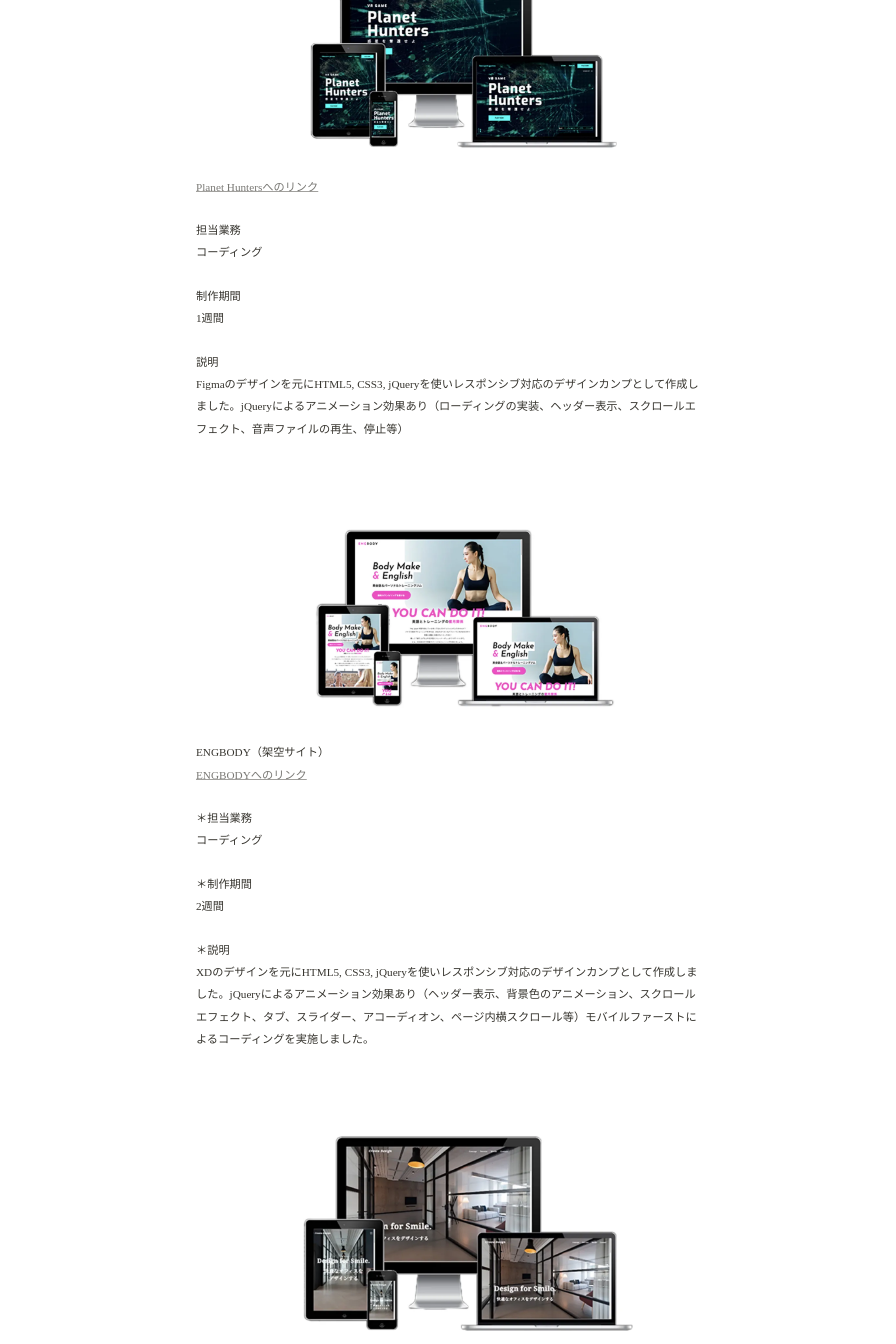
Repository: tetishi/my-portfolio
Page: index.html
These files come from the project's save history. The page is drawn as it stood at one moment and after a run of saves; the edit follows.
The browser window is 1280 px wide. The pictures show the part of the page from y = 3963 to 5883 px (the page is 11501 px tall before and 11517 px after), at 70% of full size.
The style sheet was rebuilt from its Sass, Less or Tailwind sources for each picture, by a compiler version that may differ from the author's.

Above is the page before, as saved 2024-05-19 15:49:46.

### index.html
<!DOCTYPE html>
<html lang="ja">

<head>
    <meta name="robots" content="noindex">
    <meta charset="UTF-8">
    <meta name="viewport" content="width=device-width, initial-scale=1.0">
    <meta http-equiv="X-UA-Compatible" content="ie=edge">
    <meta property="og:title" content="石田哲朗のポートフォリオ" />
    <meta property="og:type" content="website" />
    <meta property="og:url" content="http://tetsuroishida.com/" />
    <meta property="og:image" content="#" />
    <meta property="og:site_name" content="ポートフォリオ" />
    <meta property="og:description" content="石田哲朗のポートフォリオです。過去の作品、スキル、使用ツール、自己紹介を掲載しております。" />
    <title>石田哲朗のポートフォリオ</title>
    <link rel="stylesheet" href="reset.css">
    <link rel="stylesheet" href="style.css">
    <link rel="icon" href="img/favicon.ico">
</head>

<body>
    <header class="header">
        <div class="header-inner">
            <h1 class="logo">
                <a href="/">
                    <img class="logo_img" src="img/favicon.png" alt="">
                </a>
            </h1>
            <nav class="header-nav">
                <ul class="header-ul">
                    <li class="header-li">
                        <a href="#">過去の作品</a>
                    </li>
                    <li class="header-li">
                        <a href="#">スキル</a>
                    </li>
                    <li class="header-li">
                        <a href="#">使用ツール</a>
                    </li>
                    <li class="header-li">
                        <a href="#">私について</a>
                    </li>
                </ul>
            </nav>
            <button class="mobile-menu_btn">
                <span></span>
                <span></span>
                <span></span>
            </button>
            <div class="mobile-header">
                <nav class="mobile-header_nav">
                    <ul class="mobile-header_ul">
                        <li class="mobile-header_li">
                            <a href="#">過去の作品</a>
                        </li>
                        <li class="mobile-header_li">
                            <a href="#">スキル</a>
                        </li>
                        <li class="mobile-header_li">
                            <a href="#">使用ツール</a>
                        </li>
                        <li class="mobile-header_li">
                            <a href="#">私について</a>
                        </li>
                    </ul>
                </nav>
            </div>
        </div>
    </header>

    <main>

        <section>
            <!-- ここ記入 -->
            <h1>ポートフォリオ<br class="d-none">（石田 哲朗）</h1>
            <p>お忙しい中 ご覧頂きありがとうございます。</p>
            <p>以下、過去の作品でございます。</p>
            <!-- ここ記入 -->
            <!-- <p>ベーシック認証がかかっているものは<br>ID aaa<br>パスワード aaa<br> です。</p> -->
        </section>
        <section>

            <h2>過去の作品</h2>
            <h3 class="sub-tit">LP作成</h3>

            <!-- １作品目 -->
            <div class="work">
                <!-- ここ記入 -->
                <h3 class="work_tit">UNIVERSAL HOLDINGS様／山中湖オリオン</h3>

                <!-- サイトのイメージ写真を入れます -->
                <a class="work_img-link" target="_blank" href="https://orion.universalholdings.jp/">
                    <picture>
                        <source srcset="img/universal-holdings@2x.webp" type="image/webp">
                        <img src="img/universal-holdings@2x.png">
                    </picture>
                </a>
                <p>
                    UNIVERSAL HOLDINGS様の貸別荘ビジネス「山中湖オリオン」についてのLP（ランディングページ）を制作致しました。<br>
                    「山中湖オリオン」は優れた強固な構造が特徴で、長期の運用が可能なフィンランドログを使用した貸別荘です。<br>
                </p>
                <h3 class="details">サイトへのリンク</h3>
                <!-- ここ記入 -->
                <p class="work_link"><a target="_blank" rel="noopener noreferrer" href="https://orion.universalholdings.jp/">UNIVERSAL HOLDINGS様／山中湖オリオンのLPへのリンク</a></p>
                <p class="work_link"><a target="_blank" rel="noopener noreferrer" href="https://orion-salon.universalholdings.jp/">UNIVERSAL HOLDINGS様／山中湖オリオン ABテスト用LPへのリンク</a></p>

                <h3 class="details">担当業務</h3>
                <p>コーディング / WordPress</p>
                <h3 class="details">サイトの目的</h3>
                <p>共同事業パートナーの募集 / 事業の認知</p>
                <h3 class="details">制作期間</h3>
                <!-- ここ記入 -->
                <p>約5日（コーディング / WordPress）</p>
                <h3 class="details">説明</h3>
                <!-- ここ記入 -->
                <p>
                    UNIVERSAL HOLDINGS様の貸別荘ビジネス「山中湖オリオン」についてのLP（ランディングページ）を制作致しました。<br>
                    「山中湖オリオン」は優れた強固な構造が特徴で、長期の運用が可能なフィンランドログを使用した貸別荘です。<br>
                    デザインパートナーにてデザインを作成、Photoshopのデザインを元にHTML5, CSS3, JavaScript(jQuery)を使用しLPをコーディング、WordPress化致しました。<br>
                    ・ユーザーにとってクリックしやすくなるように、ボタンは光るようにコーディングしております。<br>
                    ・ABテスト用に一部異なるデザインのLPも制作致しました。
                </p>
            </div>


            <!-- 2作品目 -->
            <div class="work">
                <!-- ここ記入 -->
                <h3 class="work_tit">合同会社シュアーズ様／AIオートメーションシステムのLP</h3>

                <!-- サイトのイメージ写真を入れます -->
                <a class="work_img-link" target="_blank" href="https://sedori-go.com/automation-b/">
                    <picture>
                        <source srcset="img/automation-b@2x.webp" type="image/webp">
                        <img src="img/automation-b@2x.png">
                    </picture>
                </a>
                <!-- ここ記入 -->
                <p>
                    合同会社シュアーズ様のAIオートメーションシステムについてのLP（ランディングページ）を制作致しました。<br>
                    平凡なサラリーマンがネット販売で独立を叶え、起業初年度に「1億円」を叶えた特効薬（秘密）を初公開しております。
                </p>

                <h3 class="details">サイトへのリンク</h3>
                <p class="work_link"><a target="_blank" rel="noopener noreferrer" href="https://sedori-go.com/automation-b/">AIオートメーションシステムのLPへのリンク</a></p>

                <h3 class="details">担当業務</h3>
                <p>コーディング / ディレクション</p>

                <h3 class="details">サイトの目的</h3>
                <p>サービスの認知 / 新規クライアントの獲得</p>

                <h3 class="details">制作期間</h3>
                <!-- ここ記入 -->
                <p>5日（コーディング / ディレクション）</p>

                <h3 class="details">説明</h3>
                <!-- ここ記入 -->
                <p>デザインパートナーにてデザインを作成、Figmaのデザインを元にHTML5、CSS3、JavaScript（jQuery）を使いレスポンシブ対応のLPを制作致しました。<br>
                    ・MyASPを使用し、メール配信機能を実装しました。<br>
                    ・お客様とデザイナーの間に立ち、お客様のご要望が上手くデザイナーに伝わるように、ディレクション業務も行いました。
                </p>
            </div>

            <!-- 3作品目 -->
            <div class="work">
                <h3 class="work_tit">合同会社シュアーズ様／AIオートメーションのLP</h3>

                <!-- サイトのイメージ写真を入れます -->
                <a class="work_img-link" target="_blank" href="https://sedori-go.com/automationlp/">
                    <picture>
                        <source srcset="img/automation-a@2x.webp" type="image/webp">
                        <img src="img/automation-a@2x.png">
                    </picture>
                </a>
                <!-- ここ記入 -->
                <p>
                    合同会社シュアーズ様のAIオートメーションシステムについてのLP（ランディングページ）を制作致しました。<br>
                    自分でリサーチしない、勝手に利益商品をみつけてくれるAIオートメーションシステムです。
                </p>

                <h3 class="details">サイトへのリンク</h3>
                <p class="work_link"><a target="_blank" rel="noopener noreferrer" href="https://sedori-go.com/automationlp/">AIオートメーションのLPへのリンク</a></p>

                <h3 class="details">担当業務</h3>
                <p>コーディング / ディレクション</p>

                <h3 class="details">制作期間</h3>
                <!-- ここ記入 -->
                <!-- <p>11日（6日デザイン、5日コーディング）</p> -->
                <p>5日（コーディング / ディレクション）</p>

                <h3 class="details">説明</h3>
                <!-- ここ記入 -->
                <p>デザインパートナーにてデザインを作成、Figmaのデザインを元にHTML5、CSS3、JavaScript（jQuery）を使いレスポンシブ対応のLPを制作致しました。<br>
                    ・MyASPを使用し、メール配信機能を実装しました。<br>
                    ・お客様とデザイナーの間に立ち、お客様のご要望が上手くデザイナーに伝わるように、ディレクション業務も行いました。
                </p>
            </div>

            <!-- 4作品目 -->
            <div class="work">
                <!-- ここ記入 -->
                <h3 class="work_tit">Planet Hunters（架空サイト）</h3>

                <!-- サイトのイメージ写真を入れます -->
                <a class="work_img-link" target="_blank" href="https://tetishi.github.io/planet-hunters/">
                    <picture>
                        <source srcset="img/planet-hunters@2x.webp" type="image/webp">
                        <img src="img/planet-hunters@2x.png">
                    </picture>
                </a>
                <!-- ここ記入 -->
                <p class="work_link"><a target="_blank" rel="noopener noreferrer" href="https://tetishi.github.io/planet-hunters/">Planet Huntersへのリンク</a></p>
                <p class="details">担当業務</p>
                <p>コーディング</p>
                <p class="details">制作期間</p>
                <!-- ここ記入 -->
                <p>1週間</p>
                <p class="details">説明</p>
                <!-- ここ記入 -->
                <p>Figmaのデザインを元にHTML5, CSS3, jQueryを使いレスポンシブ対応のデザインカンプとして作成しました。jQueryによるアニメーション効果あり（ローディングの実装、ヘッダー表示、スクロールエフェクト、音声ファイルの再生、停止等）</p>
            </div>

            <!-- 5作品目 -->
            <div class="work">
                <!-- サイトのイメージ写真を入れます -->
                <picture>
                    <source srcset="img/engbody@2x.webp" type="image/webp">
                    <img src="img/engbody@2x.png">
                </picture>
                <!-- ここ記入 -->
                <p class="work_tit">ENGBODY（架空サイト）</p>
                <!-- ここ記入 -->
                <p class="work_link"><a target="_blank" rel="noopener noreferrer" href="https://tetishi.github.io/engbody/">ENGBODYへのリンク</a></p>
                <p class="details">＊担当業務</p>
                <p>コーディング</p>
                <p class="details">＊制作期間</p>
                <!-- ここ記入 -->
                <p>2週間</p>
                <p class="details">＊説明</p>
                <!-- ここ記入 -->
                <p>XDのデザインを元にHTML5, CSS3, jQueryを使いレスポンシブ対応のデザインカンプとして作成しました。jQueryによるアニメーション効果あり（ヘッダー表示、背景色のアニメーション、スクロールエフェクト、タブ、スライダー、アコーディオン、ページ内横スクロール等）モバイルファーストによるコーディングを実施しました。</p>
            </div>

            <!-- 　6作品目 -->
            <div class="work">
                <!-- サイトのイメージ写真を入れます -->
                <picture>
                    <source srcset="img/cresta-design@2x.webp" type="image/webp">
                    <img src="img/cresta-design@2x.png">
                </picture>
                <!-- ここ記入 -->
                <p class="work_tit">Cresta Design（架空サイト）</p>
                <!-- ここ記入 -->
                <p class="work_link"><a target="_blank" rel="noopener noreferrer" href="https://tetishi.github.io/cresta-design/">Cresta Designへのリンク</a></p>
                <p class="details">＊担当業務</p>
                <p>コーディング</p>
                <p class="details">＊制作期間</p>
                <!-- ここ記入 -->
                <p>2週間</p>
                <p class="details">＊説明</p>
                <!-- ここ記入 -->
                <p>XDのデザインを元にHTML5, CSS3, jQueryを使いレスポンシブ対応のデザインカンプとして作成しました。jQueryによるアニメーション効果あり（ハンバーガーメニュー、ページ内スクロールボタン）</p>
            </div>

            <!-- 　7作品目 -->
            <div class="work">
                <!-- サイトのイメージ写真を入れます -->
                <picture>
                    <source srcset="img/wdc@2x.webp" type="image/webp">
                    <img src="img/wdc@2x.png">
                </picture>
                <!-- ここ記入 -->
                <p class="work_tit">WDC（架空サイト）</p>
                <!-- ここ記入 -->
                <p class="work_link"><a target="_blank" rel="noopener noreferrer" href="https://tetishi.github.io/wdc/">WDCへのリンク</a></p>
                <p class="details">＊担当業務</p>
                <p>コーディング</p>
                <p class="details">＊制作期間</p>
                <!-- ここ記入 -->
                <p>2週間</p>
                <p class="details">＊説明</p>
                <!-- ここ記入 -->
                <p>XDのデザインを元にHTML5, CSS3, jQueryを使いレスポンシブ対応のデザインカンプとして作成しました。jQueryによるアニメーション効果あり（ページ内スクロールボタン、トップに戻るボタン）</p>
            </div>

            <!-- 　8作品目 -->
            <div class="work">
                <!-- サイトのイメージ写真を入れます -->
                <picture>
                    <source srcset="img/munchkin@2x.webp" type="image/webp">
                    <img src="img/munchkin@2x.png">
                </picture>
                <!-- ここ記入 -->
                <p class="work_tit">MUNCHKIN（架空サイト）</p>
                <!-- ここ記入 -->
                <p class="work_link"><a target="_blank" rel="noopener noreferrer" href="https://tetishi.github.io/munchkin2/">MUNCHKINへのリンク</a></p>
                <p class="details">＊担当業務</p>
                <p>コーディング</p>
                <p class="details">＊制作期間</p>
                <!-- ここ記入 -->
                <p>1週間</p>
                <p class="details">＊説明</p>
                <!-- ここ記入 -->
                <p>XDのデザインを元にHTML5, CSS3, jQueryを使いレスポンシブ対応のデザインカンプとして作成しました。jQueryによるアニメーション効果あり（ハンバーガーメニュー、スクロールボタン）</p>
            </div>


            <h3 class="sub-tit">コーポレイトサイト作成</h3>
            <!-- 　1作品目 -->
            <div class="work">
                <!-- サイトのイメージ写真を入れます -->
                <picture>
                    <source srcset="img/pon-design@2x.webp" type="image/webp">
                    <img src="img/pon-design@2x.png">
                </picture>
                <!-- ここ記入 -->
                <p class="work_tit">PON DESIGN（架空サイト）</p>
                <!-- ここ記入 -->
                <p class="work_link"><a target="_blank" rel="noopener noreferrer" href="https://tetishi.github.io/pon-design/">PON DESIGNへのリンク</a></p>
                <p class="details">＊担当業務</p>
                <p>コーディング</p>
                <p class="details">＊制作期間</p>
                <!-- ここ記入 -->
                <p>約18日</p>
                <p class="details">＊説明</p>
                <!-- ここ記入 -->
                <p>XDのデザインを元にHTML5, CSS3, jQueryを使いレスポンシブ対応のデザインカンプとして作成しました。jQueryによるアニメーション効果あり（ハンバーガーメニュー、スライダー等）</p>
            </div>


            <!-- 　2作品目 -->
            <div class="work">
                <!-- サイトのイメージ写真を入れます -->
                <picture>
                    <source srcset="img/start@2x.webp" type="image/webp">
                    <img src="img/start@2x.png">
                </picture>
                <!-- ここ記入 -->
                <p class="work_tit">START（架空サイト）</p>
                <!-- ここ記入 -->
                <p class="work_link"><a target="_blank" rel="noopener noreferrer" href="https://tetishi.github.io/">STARTへのリンク</a></p>
                <p class="details">＊担当業務</p>
                <p>コーディング</p>
                <p class="details">＊制作期間</p>
                <!-- ここ記入 -->
                <p>1週間</p>
                <p class="details">＊説明</p>
                <!-- ここ記入 -->
                <p>XDのデザインを元にHTML5, CSS3, jQueryを使いレスポンシブ対応のデザインカンプとして作成しました。jQueryによるアニメーション効果あり（ハンバーガーメニュー）</p>
            </div>

            <!-- <div class="work"> -->
                <!-- サイトのイメージ写真を入れます -->
                <!-- <picture>
                    <source srcset="img/#" type="image/webp">
                    <img src="img/#">
                </picture> -->
                <!-- ここ記入 -->
                <!-- <p class="work_tit">ここに作品のタイトルを入れます</p> -->
                <!-- ここ記入 -->
                <!-- <p class="work_link"><a target="_blank" rel="noopener noreferrer" href="#">ここにリンクを入れます</a></p>
                <p class="details">＊担当業務</p>
                <p>コーディング</p>
                <p class="details">＊制作期間</p> -->
                <!-- ここ記入 -->
                <!-- <p>○週間</p>
                <p class="details">＊説明</p> -->
                <!-- ここ記入 -->
                <!-- <p>ここに説明文を入れます</p>
            </div> -->


        </section>
        <section>
            <h2>スキル</h2>
            <h3 class="info-tit">使用言語</h3>
            <p>HTML / CSS / Sass / Javascript / SEO / PHP</p>
            <h3 class="info-tit">フレ-ムワーク</h3>
            <p>jQuery / WordPress</p>
        </section>
        <section>
            <h2>使用ツール</h2>
            <h3 class="info-tit">エディター</h3>
            <p>Visual Studio Code</p>
            <h3 class="info-tit">テストサーバー</h3>
            <p>シン・クラウド for Free / エックスフリー</p>
            <h3 class="info-tit">バージョン管理ツール</h3>
            <p>GitHub</p>
            <h3 class="info-tit">連絡ツール</h3>
            <p>slack / Chatwork</p>
        </section>
        <section>
            <h2>私について</h2>
            <!-- 自分の写真を入れます -->
            <picture>
                <source srcset="img/myself.webp" type="image/webp">
                <img class="people" src="img/myself.jpeg">
            </picture>
            <!-- <img class="people" src="img/myself.jpeg"> -->
            <h3 class="info-tit">名前</h3>
            <!-- ここ記入 -->
            <p>石田 哲朗</p>
            <h3 class="info-tit">生年月日</h3>
            <!-- ここ記入 -->
            <p>1992年11月12日</p>
            <h3 class="info-tit">出身</h3>
            <!-- ここ記入 -->
            <p>奈良県</p>
            <h3 class="info-tit">経歴</h3>
            <!-- ここ記入 -->
            <ul class="carrier-list">
                <li class="carrier-item">
                    <p class="carrier-year">2015</p>
                    <p class="carrier-content">大阪の大学を経済学部で卒業</p>
                </li>
                <li class="carrier-item">
                    <p class="carrier-year">2015 - 2017</p>
                    <p class="carrier-content">アメリカ、ロサンゼルスの語学学校で英語を学ぶ</p>
                </li>
                <li class="carrier-item">
                    <p class="carrier-year">2017 - 2019</p>
                    <p class="carrier-content">カリフォルニア州オークランドにあるLaney Collegeにてコンピュータプログラミング専攻し卒業</p>
                </li>
                <li class="carrier-item">
                    <p class="carrier-year">2019</p>
                    <p class="carrier-content">フリーランスのWebエンジニアとして活動</p>
                </li>
                <li class="carrier-item">
                    <p class="carrier-year">2019 - 2020</p>
                    <p class="carrier-content">プログラミングスクールにてRuby on Ralisなどを学び実際に業務としてWeb開発を実施</p>
                </li>
                <li class="carrier-item">
                    <p class="carrier-year">2021 ~ 2023</p>
                    <p class="carrier-content">ネットワークエンジニアとして勤務</p>
                </li>
                <li class="carrier-item">
                    <p class="carrier-year">2022 ~ 現在</p>
                    <p class="carrier-content">フリーランスのWebエンジニアとして活動中</p>
                </li>
            </ul>
        </section>



    </main>

    <footer class="footer">
        <div class="footer-copyright">
            <p>
                © 2023 Tetsuro Ishida's portfolio All rights reserved
            </p>
        </div>
    </footer>

</body>

</html>

### reset.css
/*
html5doctor.com Reset Stylesheet
v1.6.1
Last Updated: 2010-09-17
Author: Richard Clark - http://richclarkdesign.com
Twitter: @rich_clark
*/

html,
body,
div,
span,
object,
iframe,
h1,
h2,
h3,
h4,
h5,
h6,
p,
blockquote,
pre,
abbr,
address,
cite,
code,
del,
dfn,
em,
img,
ins,
kbd,
q,
samp,
small,
strong,
sub,
sup,
var,
b,
i,
dl,
dt,
dd,
ol,
ul,
li,
fieldset,
form,
label,
legend,
table,
caption,
tbody,
tfoot,
thead,
tr,
th,
td,
article,
aside,
canvas,
details,
figcaption,
figure,
footer,
header,
hgroup,
menu,
nav,
section,
summary,
time,
mark,
audio,
video {
    margin: 0;
    padding: 0;
    border: 0;
    outline: 0;
    font-size: 100%;
    vertical-align: baseline;
    background: transparent;
}

body {
    line-height: 1;
}

article,
aside,
details,
figcaption,
figure,
footer,
header,
hgroup,
menu,
nav,
section {
    display: block;
}

nav ul {
    list-style: none;
}

blockquote,
q {
    quotes: none;
}

blockquote:before,
blockquote:after,
q:before,
q:after {
    content: '';
    content: none;
}

a {
    margin: 0;
    padding: 0;
    font-size: 100%;
    vertical-align: baseline;
    background: transparent;
}


/* change colours to suit your needs */

ins {
    background-color: #ff9;
    color: #000;
    text-decoration: none;
}


/* change colours to suit your needs */

mark {
    background-color: #ff9;
    color: #000;
    font-style: italic;
    font-weight: bold;
}

del {
    text-decoration: line-through;
}

abbr[title],
dfn[title] {
    border-bottom: 1px dotted;
    cursor: help;
}

table {
    border-collapse: collapse;
    border-spacing: 0;
}


/* change border colour to suit your needs */

hr {
    display: block;
    height: 1px;
    border: 0;
    border-top: 1px solid #cccccc;
    margin: 1em 0;
    padding: 0;
}

input,
select {
    vertical-align: middle;
}


/*end reset css*/

Loaded but not shown: style.scss (210 lines, source omitted)

After the next 2 saves:
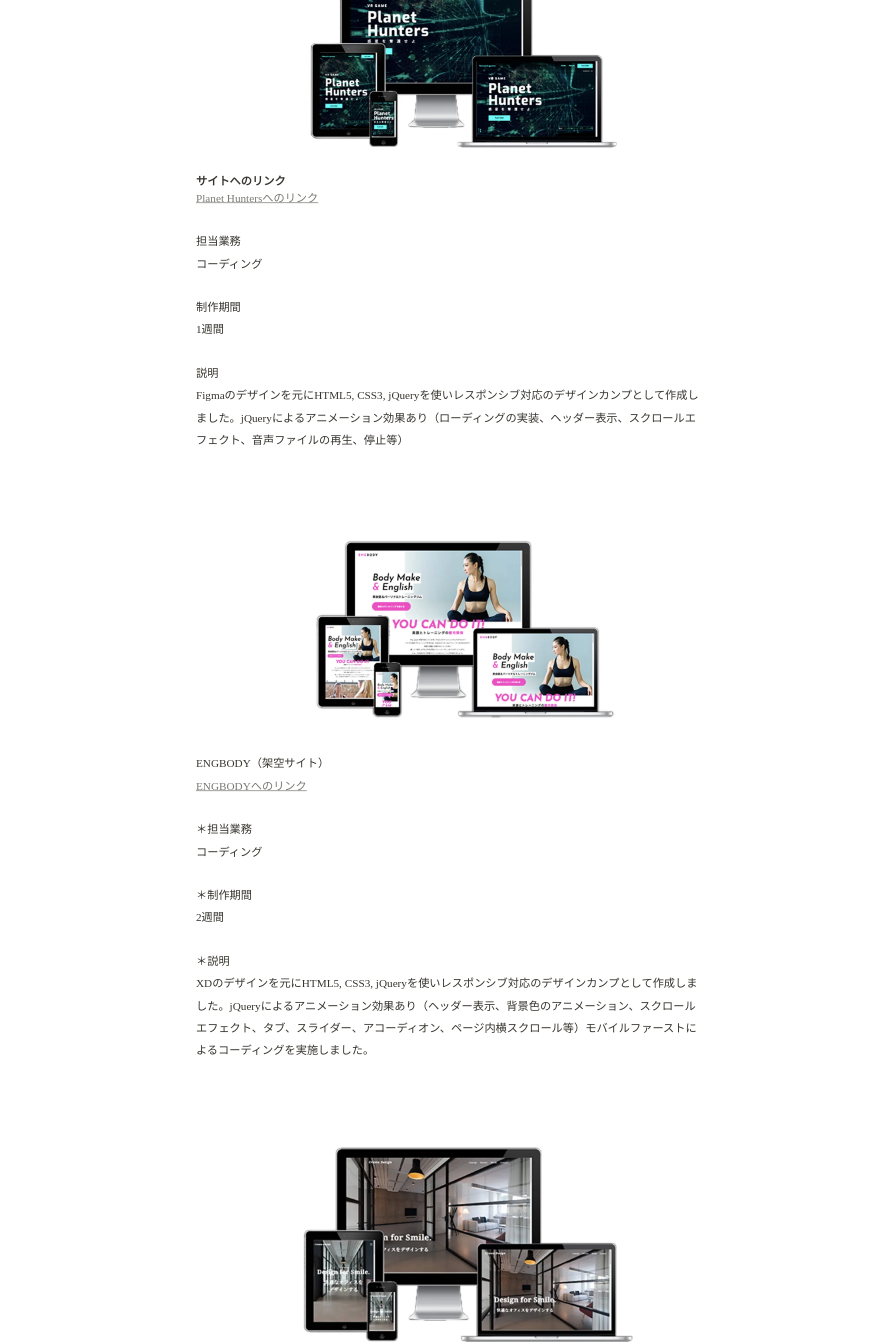
The 2 saves are shown as one change because they came seconds apart.
The last was saved 22 s later.
--- a/index.html
+++ b/index.html
@@ -211,7 +211,9 @@
                     </picture>
                 </a>
                 <!-- ここ記入 -->
+                <h3 class="details">サイトへのリンク</h3>
                 <p class="work_link"><a target="_blank" rel="noopener noreferrer" href="https://tetishi.github.io/planet-hunters/">Planet Huntersへのリンク</a></p>
+
                 <p class="details">担当業務</p>
                 <p>コーディング</p>
                 <p class="details">制作期間</p>
